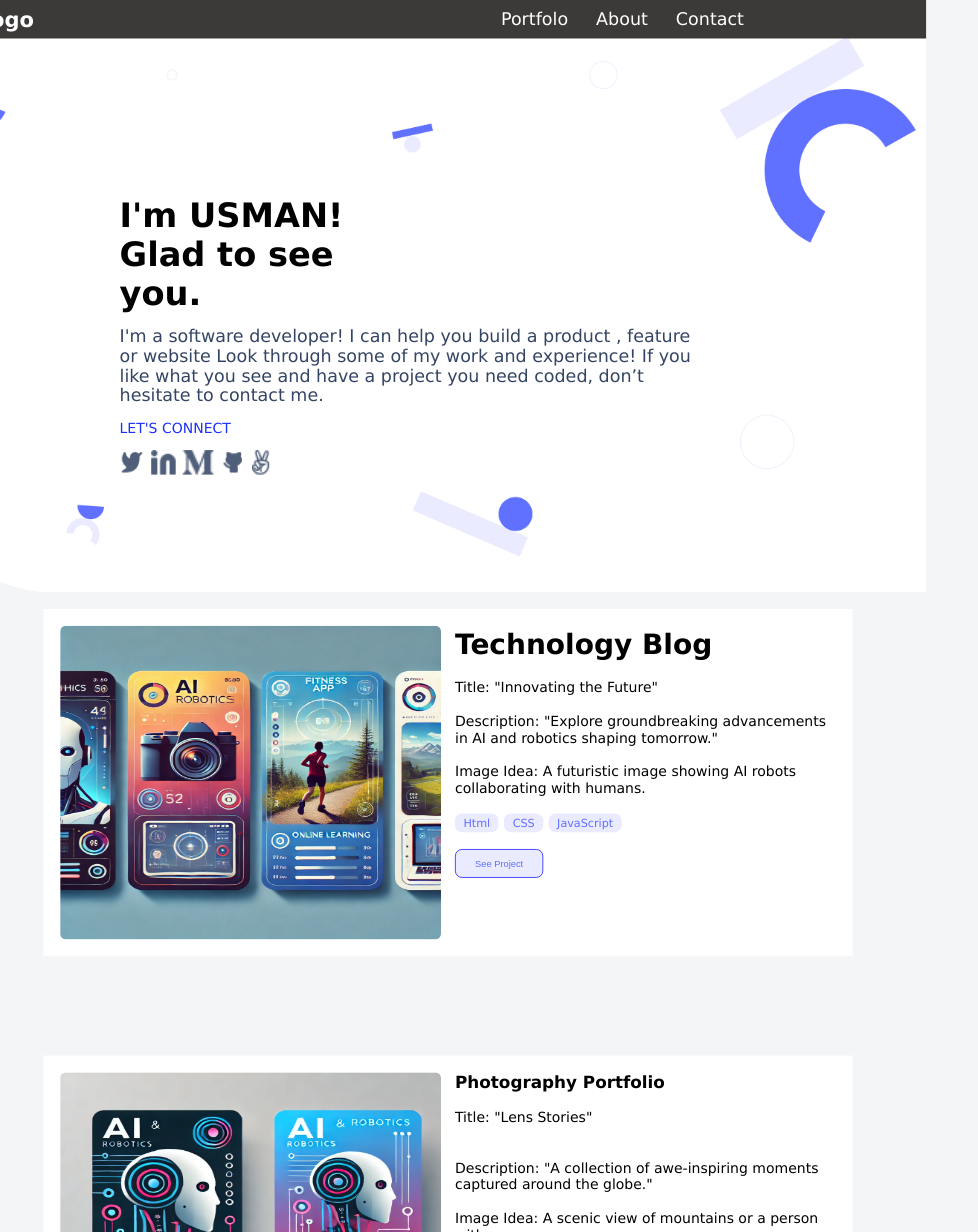
Repository: usman3123/portfolio-template-3
Page: portfolio.html
These files come from the project's save history. The page is drawn as it stood at one moment and after the next save; the edit follows.
The browser window is 1280 px wide. The page is 1397 px wide, then 1280 px, so the pictures cover 1397 px, including what lies to the right of the window. The pictures show the part of the page from y = 0 to 1760 px (the page is 3748 px tall before and 3474 px after), at 70% of full size.
Some web libraries are served in a nearby version.

Above is the page before, as saved 2025-01-25 14:59:44.

### portfolio.html
<!DOCTYPE html>
<html lang="en">
<head>
  <meta charset="UTF-8">
  <meta name="viewport" content="width=device-width, initial-scale=1.0">
  <title>project 2</title>
  <link rel="stylesheet" href="style.css">
  <link href='https://unpkg.com/boxicons@2.1.4/css/boxicons.min.css' rel='stylesheet'>
  <link rel="stylesheet" href="https://cdnjs.cloudflare.com/ajax/libs/font-awesome/6.6.0/css/all.min.css" integrity="sha512-Kc323vGBEqzTmouAECnVceyQqyqdsSiqLQISBL29aUW4U/M7pSPA/gEUZQqv1cwx4OnYxTxve5UMg5GT6L4JJg==" crossorigin="anonymous" referrerpolicy="no-referrer" />
  <link rel="stylesheet" href="https://cdnjs.cloudflare.com/ajax/libs/font-awesome/6.6.0/css/all.min.css" integrity="sha512-Kc323vGBEqzTmouAECnVceyQqyqdsSiqLQISBL29aUW4U/M7pSPA/gEUZQqv1cwx4OnYxTxve5UMg5GT6L4JJg==" crossorigin="anonymous" referrerpolicy="no-referrer" />

  <link rel="stylesheet" href="https://cdnjs.cloudflare.com/ajax/libs/font-awesome/6.7.2/css/all.min.css">
  <link rel="preconnect" href="https://fonts.googleapis.com">
<link rel="preconnect" href="https://fonts.gstatic.com" crossorigin>
<link href="https://fonts.googleapis.com/css2?family=Poppins:ital,wght@0,100;0,200;0,300;0,400;0,500;0,600;0,700;0,800;0,900;1,100;1,200;1,300;1,400;1,500;1,600;1,700;1,800;1,900&display=swap" rel="stylesheet">
</head>

<body>
<section class="webpage">
  <!-- Navbar -->

 <div class="hero-page">
  <div class="header-div">
    <nav class="nav-bar flex">
        <h4 class="nav-heading">My Logo</h4>
        <div class="nav-links flex">
            <a href="#myportfolio" class="link">Portfolo</a>
            <a href="myabout" class="link">About</a>
            <a href="mycontact" class="link" >Contact</a>
        </div>
        <i class="fa-solid fa-light fa-bars fa-xl " id="nav-icon"></i>
    </nav>
</div>

  <!-- Main Content -->
  <section id="myportfolio" class="hero-section flex">
    <div class="hero-content flex">
        <h1 class="hero-head"> I'm USMAN!
          Glad to see you.
      </h1>
      <p class="hero-p">
         I'm a software developer! I can help you build a product , feature or website Look through  some of my work and experience! If you like what you see and have a project you need coded, don’t hesitate to contact me.
      </p>
     <p class="let-connect"> LET'S CONNECT</p>

      <div class="icons flex">
          <img src="/assets/twitter.png" class="media-icon">
          <img src="assets/Linkedin.png" class="media-icon">
          <img src="assets/M.png" class="media-icon">
          <img src="assets/Github.png" class="media-icon">
          <img src="assets/V.png" class="media-icon">
      </div>
    </div>
  </section>

 </div>
  <!-- Cards Section -->

  <section class="cards flex">
    <div class="card flex">
      <img class="card-img" src="/assets/card-1img.webp" alt="CARD_!_IMG">
      <div class="card-content flex">
        <h2 class="card-head">Technology Blog</h2>
        <p class="content-p">Title: "Innovating the Future"</p>
        <p class="content-sp">Description: "Explore groundbreaking advancements in AI and robotics shaping tomorrow."</p>
        <p class="content-p">Image Idea: A futuristic image showing AI robots collaborating with humans.</p>
        <div class="languages flex">
          <p class="lang">Html</p>
          <p class="lang">CSS</p>
          <p class="lang">JavaScript</p>
        </div>
        <button class="content-btn">See Project</button>
      </div>
    </div>
    <div class="card flex">
      <img class="card-img" src="/assets/card-2img.webp" alt="CARD_!_IMG">
      <div class="card-content flex">
        <h2 id="photo-head">Photography Portfolio</h2>
        <p class="content-p">Title: "Lens Stories"<p>
        <p class="content-sp">Description: "A collection of awe-inspiring moments captured around the globe."</p>
        <p class="content-p">Image Idea: A scenic view of mountains or a person with a camera.
        </p>
        <div class="languages flex">
          <p class="lang">Html</p>
          <p class="lang">Ruby on Rails</p>
          <p class="lang">CSS</p>
          <p class="lang">JavaScript</p>
        </div>
        <button class="content-btn">See Project</button>
      </div>
    </div>
    <div class="card flex">
      <img class="card-img" src="/assets/card-3img.webp" alt="CARD_!_IMG">
      <div class="card-content flex">
        <h2 class="card-head">Fitness App</h2>
        <p class="content-p">Title: "MoveSmart"<p>
        <p class="content-sp">Description: "Your companion for tracking workouts and achieving fitness goals."</p>
        <p class="content-p">Image Idea: A person jogging with fitness metrics displayed.</p>
        <div class="languages flex">
          <p class="lang">Html</p>
          <p class="lang">Ruby on Rails</p>
          <p class="lang">CSS</p>
          <p class="lang">JavaScript</p>
        </div>
        <button class="content-btn">See Project</button>
      </div>
    </div>
    <div class="card flex">
      <img class="card-img" src="/assets/card-4img.webp" alt="CARD_!_IMG">
      <div class="card-content flex">
        <h2 class="card-head">Online Learning</h2>
        <p class="content-p">Title: "Skillify"p>
        <p class="content-sp">Description: "Join courses from world-class instructors and master new skills."</p>
        <p class="content-p">Image Idea: A laptop with an open notebook and a student studying.</p>
        <div class="languages flex">
          <p class="lang">Html</p>
          <p class="lang">Ruby on Rails</p>
          <p class="lang">CSS</p>
          <p class="lang">JavaScript</p>
        </div>
        <button class="content-btn">See Project</button>
      </div>
    </div>
  </section>


   <!-- ABOUT MYSELF -->

  <section id="myabout" class="about flex">

    <div class="about-intro flex">
      <h1 style="font-size: 40px;">About Myself</h1>
      <p class="about-paragraph">Hello I'm a software developer! I can help you build a product , feature or website Look through some of my work and experience! If you like what you see and have a project you need coded, don't hesitate to contact me.</p>
        <p class="let-connect">Let's Connect</p>
        <div class="icons flex icon-gap">
          <img src="assets/twitter.png" class="twitter">
          <img src="assets/Linkedin.png" class="inimage">
          <img src="assets/M.png" class="mimage">
          <img src="assets/Github.png" class="tomimage">
          <img src="assets/V.png" class="protocol">
      </div>
      <button class="button rsm-btn"> Get my resume</button>
    </div>

    <div class="about-skills flex">
      <div class="about-all flex">
        <p>Languages</p>
        <i class='bx bx-chevron-down'></i>
      </div>
      <div class="about-lang flex">
        <div class="about-lang-img flex">
          <i class="fa-brands fa-js" style="color: #ff0000;"></i>
          <p>JavaScript</p>
        </div>
        <div class="about-lang-img flex">
          <i class="fa-brands fa-html5" style="color: #FFD43B;"></i>
          <p>Html</p>

        </div>
        <div class="about-lang-img flex">
          <i class="fa-brands fa-css3-alt" style="color: #74C0FC;"></i>
          <p>css</p>
        </div>
      </div>
      <div class="about-all flex">
        <p> Frameworks</p>
        <i class='bx bx-chevron-right'></i>
      </div>
      <div class="about-all flex">
        <p>Skills</p>
        <i class='bx bx-chevron-right'></i>
        </div>
        </div>
        <div class="contact-section flex">
            <h4 class="contact-paragraph">I'm always interested in hearing about new projects, so if you'd like to chat please get in touch.</h4>
            <form action="submit-form" class="contact-form flex">
                <div class="names flex">
                    <input type="text" placeholder="Full name" class="first-name">
                    <input type="text" placeholder="last name" class="last-name">
      </div>
        <div class="contact-section flex">
            <h4 class="contact-paragraph">I'm always interested in hearing about new projects, so if you'd like to chat please get in touch.</h4>
            <form action="submit-form" class="contact-form flex">
                <div class="names flex">
                    <input type="text" placeholder="Full name" class="first-name">
                    <input type="text" placeholder="last name" class="last-name">
    </div>
  </section>

  <!-- Contact section -->

  <!-- <section id="mycontact" class="contact-section">
    <h1 class="contact-heading">Contact Me</h1>
    <p class="contact-description">
        If you have an application you are interested in developing, a feature that you need built, or a project that needs coding, I'd love to help with it!
    </p>
    <form class="contact-form">
        <input class="form-input" type="text" placeholder="Your Name">
        <input class="form-input" type="email" placeholder="Your Email">
        <textarea class="form-message" placeholder="Write your message here..."></textarea>
        <button class="form-button">Get in Touch</button>
    </form>

</section>

</main> -->
</section>

<script src="index.js"></script>
</body>
</html>

### style.css
*{
    margin: 0;
    padding: 0;
    box-sizing: border-box;
}

body {
    font-family: Verdana, Geneva, Tahoma, sans-serif;
    background-color: #f4f5f7;
    justify-content: center;
    display: flex
;
}

.flex {
    display: flex;
}

/* nav-bar */

.header-div {
    background-color: #3c3a39;
    width: 100%;
}

.nav-bar {
    justify-content: space-between;
    color: white;
    max-width: 1204px;
    align-items: center;
    padding: 10px 24px;
}

.nav-heading {
    font-size: 30px;
}

.nav-links {
    gap: 40px;
    align-items: center;
    font-size: 25px;
    display: none;
}
.nav-icon {
    display: flex;
    width: 24px;
}


/* hero-section */

.hero-page {
    background-color: white;
    border-bottom-left-radius: 190px;
    background-image: url(/assets/Header\ bg@2x.png);
    background-size: contain;
    max-height: 846px;
    background-position: center;
    background-repeat: no-repeat;
    max-width: 1440px;
}
.hero-section {
    height: 846px;
    align-items: center;
    justify-content: center;
    padding-left: 20%;
}
.hero-content {
    flex-direction: column;
    gap: 20px;
}
.hero-head {
    font-size: 48px;
    font-weight: 700;
    width: 35%;
}

.hero-p {
    font-size: 25px;
    line-height: 28px;
    color: #344563;

    width: 73%;
}

.let-connect {
    color: #1d32f7;
    font-size: 20px;
    font-weight: 500;
    line-height: 24px;
}

.media-icon {
    height: 35px;
}

.icons {
    gap: 10px;
}

.nav-head {
    max-width: 1440px;
    width: 100%;
}
.enable {
    color: blue;
}
.link {
    color: white;
    text-decoration: none;
}

/* card-section */

.cards {
    flex-direction: column;
    align-items: center;
    gap:142px;
    padding: 24px;
}
.card {
    background-color: white;
    max-width: 1156px;
    max-height: 496px;
    width: 100%;
    padding: 24px;
    gap: 20px;
}
.card-img {
    max-width: 544px;
    width: 50%;
    border-radius:8px ;
}

.card-content {
    flex-direction: column;
    gap: 24px;
}

.card-head {
    font-size: 40px;
    font-weight: 700;
    line-height: 52px;
}
#photo-content {
    font-size: 40px;
    font-weight: 700;
    line-height: 52px;
}
.content-p {
    font-size: 20px;
    font-weight: 400;
    line-height: 24px;
}
.content-sp {
    font-size: 20px;
    font-weight: 400;
    line-height: 24px;
}

.languages {
    gap: 8px;
    align-items: center;
}

.lang {
    padding: 4px 12px;
    color: #6070ff;
    background-color: #ebebff;
    border-radius: 10px;
}

.content-btn {
    max-width: 126px;
    width: 100%;
    padding: 4px 12px;
    color: #6070ff;
    background-color: #ebebff;
    border-radius: 10px;
    padding: 12px;
    border: 1px solid blue;
}

/* about-section */

.about-intro {
    flex-direction: column;
}









@media (max-width : 1100px) {
    .hero-head {
        width: 53%;
    }
    .card-head {
        font-size: 2rem;
    }
    #photo-head {
        font-size: 27px;
    }
    .content-p {
        font-size: 15px;
    }
    .content-sp {
        font-size: 15px;
        display: none;
    }
    .card-content {
        gap: 20px;
    }

}
@media (max-width :870px) {
    .card {
        flex-direction: column;
        max-height: 552px;
        padding: 16px;
    }
    .card {
        max-width: 327px;
    }

}
@media (max-width : 870px) {
    .hero-head {
        width: 100%;
    }
    .hero-section {
        padding: 24px;
    }
    .hero-p {
        width: 100%;
    }
    .card-img {
        width: 100%;
        height: 18vh;
    }
    .card-content {
        gap: 2px;
    }
}
@media (min-width : 700px) {
    .nav-links {
        display: flex;
    }
    #nav-icon {
        display: none;
    }

}
@media (min-width : 1441px) {
    .card-content {
        gap: 30px;
    }
}

Loaded but not shown: index.js (no copy from this time; the picture is the same without it)

After the next save:
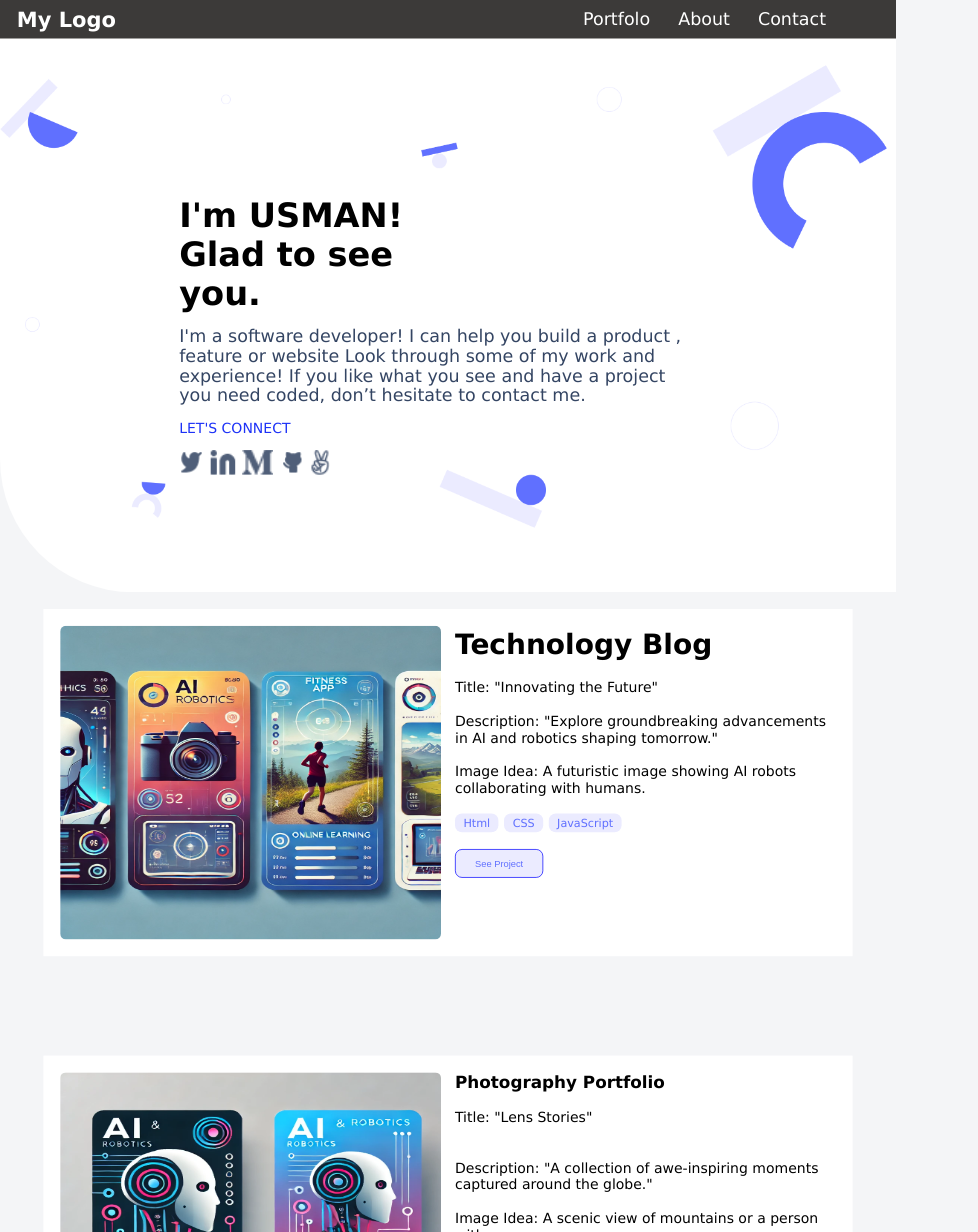
Saved 64 s later.
--- a/portfolio.html
+++ b/portfolio.html
@@ -171,20 +171,20 @@
         <i class='bx bx-chevron-right'></i>
         </div>
         </div>
+        <!-- <div class="contact-section flex">
+            <h4 class="contact-paragraph">I'm always interested in hearing about new projects, so if you'd like to chat please get in touch.</h4>
+            <form action="submit-form" class="contact-form flex">
+                <div class="names flex">
+                    <input type="text" placeholder="Full name" class="first-name">
+                    <input type="text" placeholder="last name" class="last-name">
+      </div>
         <div class="contact-section flex">
             <h4 class="contact-paragraph">I'm always interested in hearing about new projects, so if you'd like to chat please get in touch.</h4>
             <form action="submit-form" class="contact-form flex">
                 <div class="names flex">
                     <input type="text" placeholder="Full name" class="first-name">
                     <input type="text" placeholder="last name" class="last-name">
-      </div>
-        <div class="contact-section flex">
-            <h4 class="contact-paragraph">I'm always interested in hearing about new projects, so if you'd like to chat please get in touch.</h4>
-            <form action="submit-form" class="contact-form flex">
-                <div class="names flex">
-                    <input type="text" placeholder="Full name" class="first-name">
-                    <input type="text" placeholder="last name" class="last-name">
-    </div>
+    </div> -->
   </section>
 
   <!-- Contact section -->
